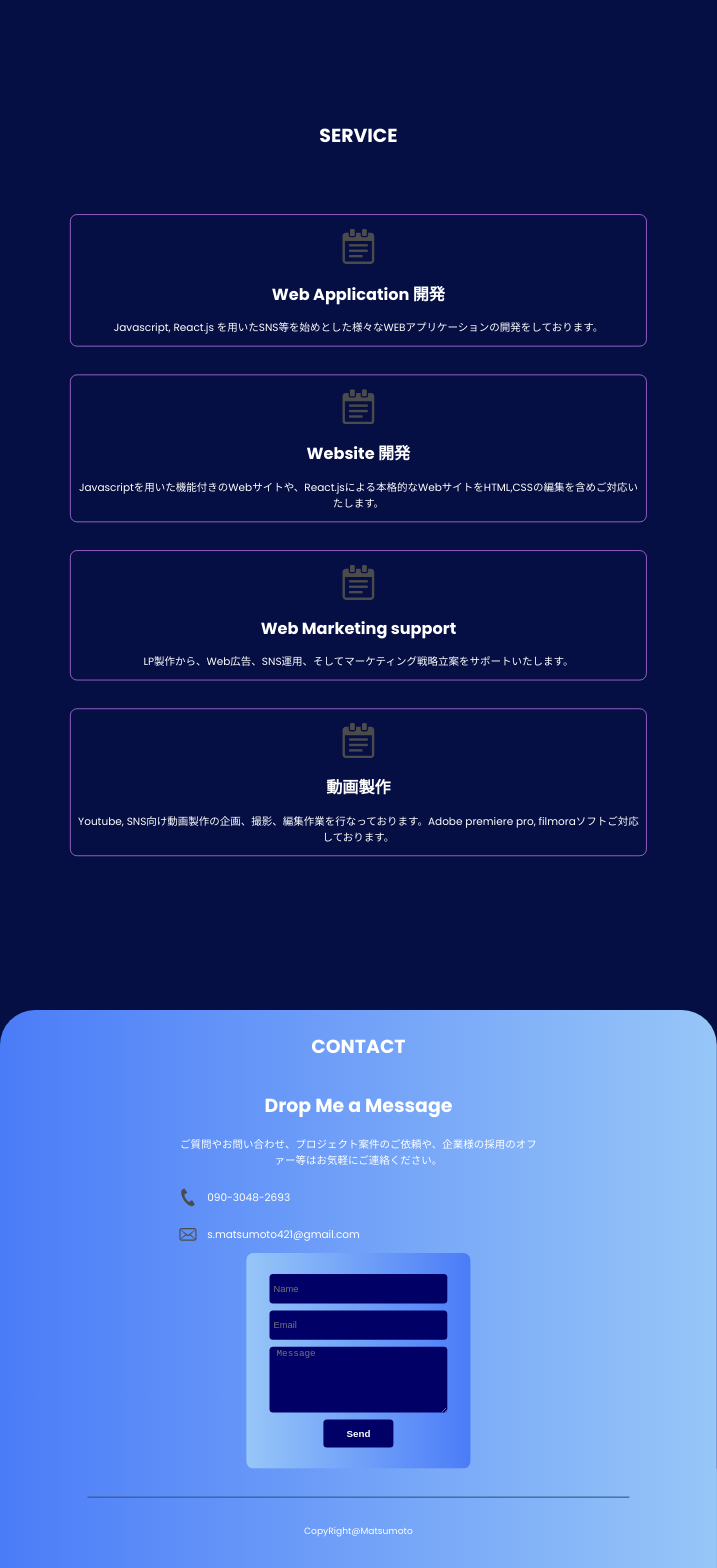
Repository: Seiya00002/my-portfolio-website2
Page: /
These files come from the project's save history. The page is drawn as it stood at one moment and after the next save; the edit follows.
The browser window is 1024 px wide. The pictures show the part of the page from y = 3450 to 5690 px (the page is 5690 px tall before and 5630 px after), at 70% of full size.
Some web fonts or font styles are not loaded; a fallback is used. The project was rebuilt for these pictures with package versions that can differ from the ones it lists, and the page was loaded fresh each time.

Above is the page before, as saved 2023-09-27 14:38:22.

After the next save:
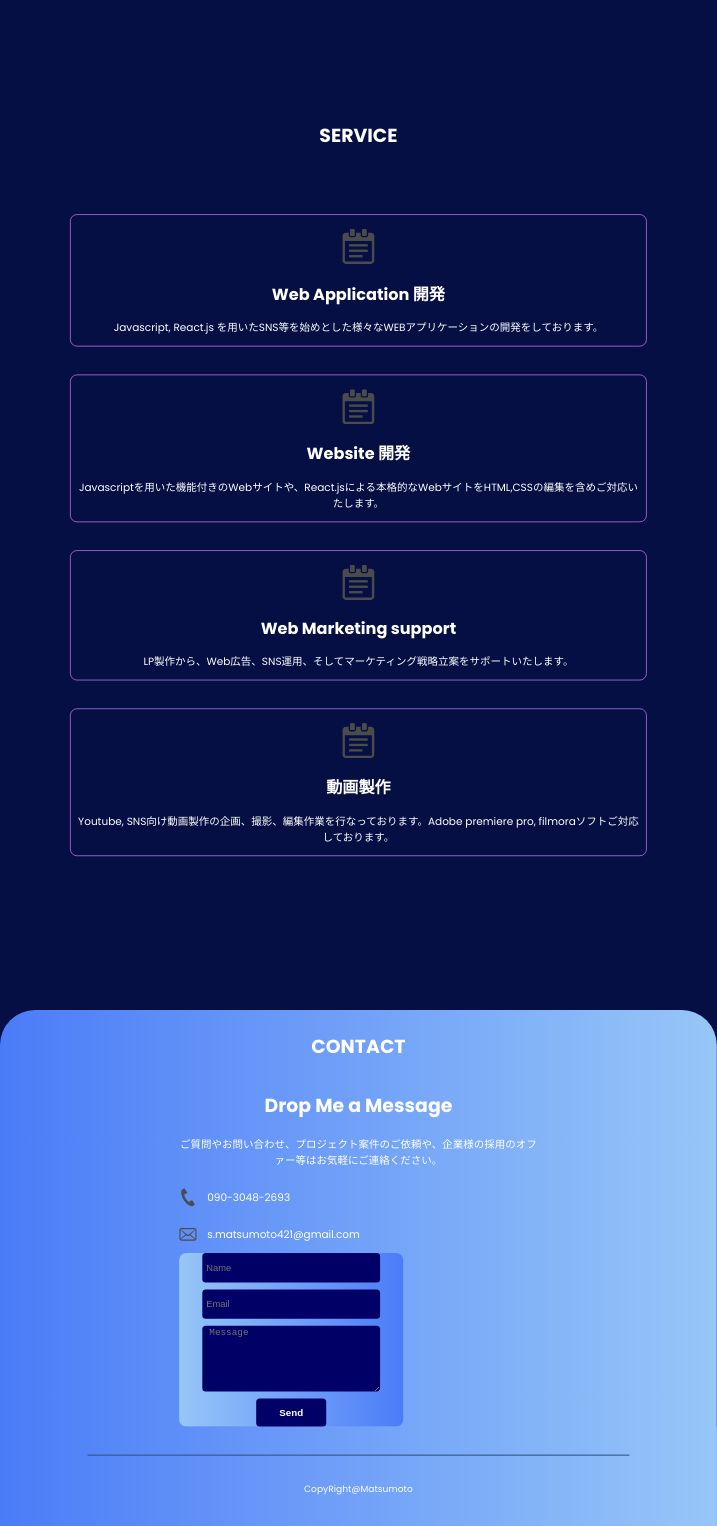
Saved 25 s later.
--- a/src/App.css
+++ b/src/App.css
@@ -377,4 +377,9 @@
     align-items: center;
     margin: 0 auto;
   }
-}
+
+  .contact-section {
+    padding: 0;
+    margin: 0;
+  }
+}

After the save that followed:
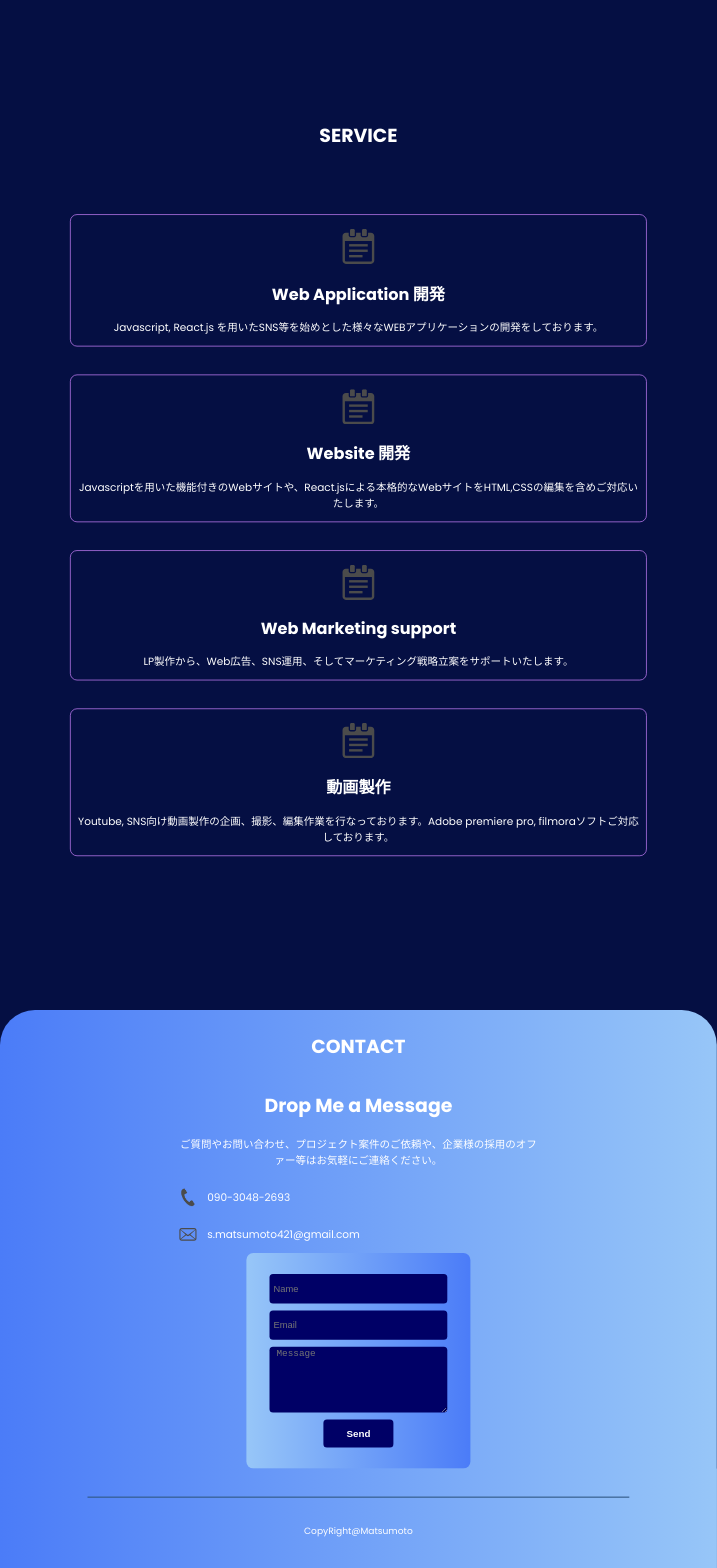
Saved 106 s later.
--- a/src/App.css
+++ b/src/App.css
@@ -361,6 +361,7 @@
     display: block;
     justify-content: center;
     text-align: center;
+    margin: 0 auto;
   }
 
   .contact-description {
@@ -379,7 +380,6 @@
   }
 
   .contact-section {
-    padding: 0;
-    margin: 0;
-  }
-}
+
+  }
+}
